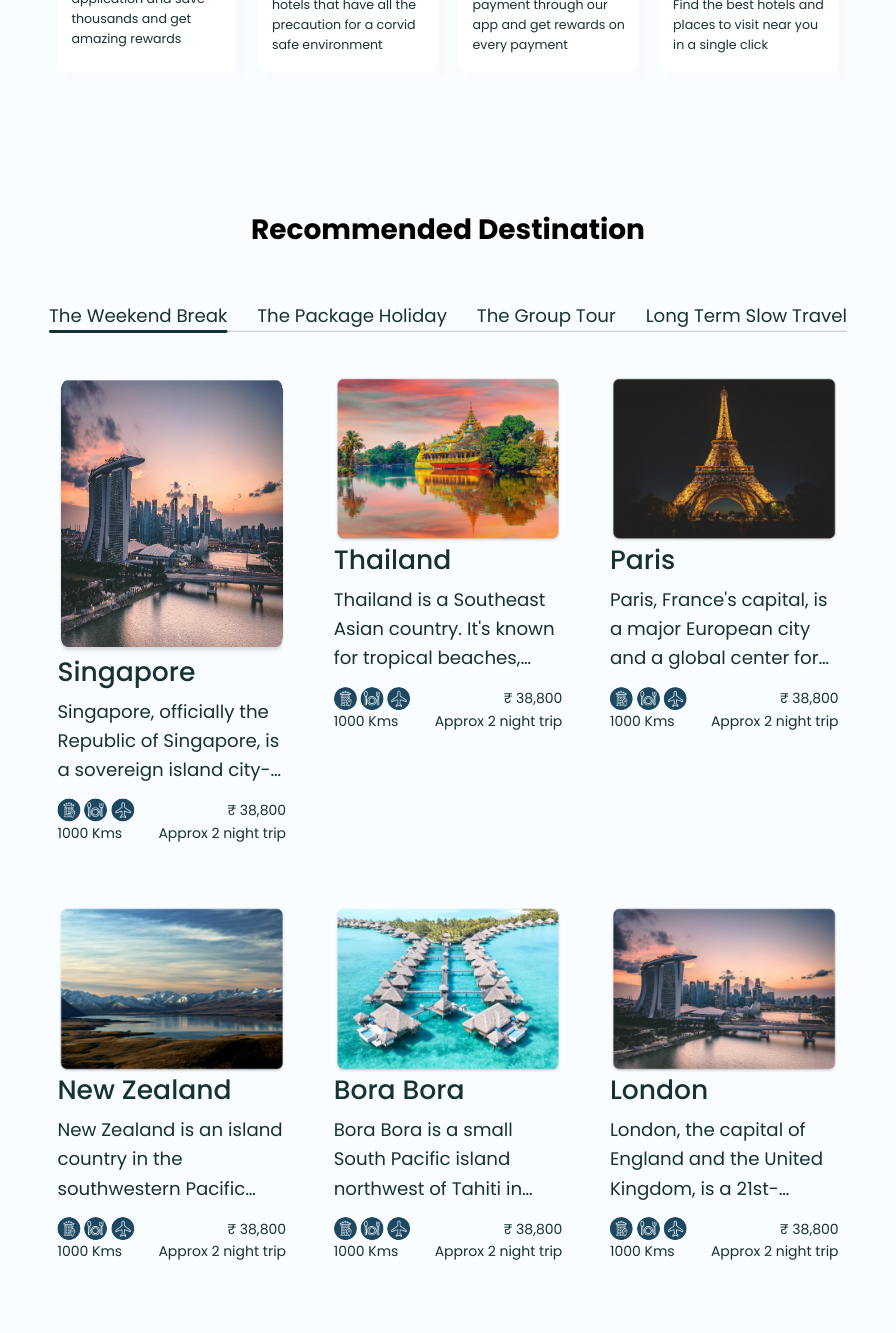
Repository: kuluong2000/travel
Page: index.html
The author's editor kept a copy of each file at every save. The page is drawn from the files as they stood at one save, then again after the next save.
The browser window is 1280 px wide. The pictures show the part of the page from y = 1001 to 2921 px (the page is 2905 px tall before and 2921 px after), at 70% of full size.
The style sheet was rebuilt from its Sass, Less or Tailwind sources for each picture, by a compiler version that may differ from the author's.

Above is the page before, as saved 2021-09-09 21:39:03.

### index.html
<!DOCTYPE html>
<html lang="en">
  <head>
    <meta charset="UTF-8" />
    <meta http-equiv="X-UA-Compatible" content="IE=edge" />
    <meta name="viewport" content="width=device-width, initial-scale=1.0" />
    <link rel="stylesheet" href="./libs/css/bootstrap.min.css" />
    <link rel="stylesheet" href="./libs/css/animate.css" />
    <link rel="stylesheet" href="./libs/css/slick-theme.css" />
    <link rel="stylesheet" href="./libs/css/slick.css" />
    <link rel="stylesheet" href="./assets/css/reset.css" />
    <link rel="stylesheet" href="./assets/css/style.css" />
    <link rel="stylesheet" href="./assets/css/responsive.css" />
    <title>Document</title>
  </head>
  <body>
    <header class="header">
      <div class="container">
        <div class="row">
          <div class="header__main">
            <div class="header__logo">
              <a href="/">
                <img src="./assets/image/logo.png" alt="" srcset="" />
              </a>
            </div>
            <div class="sub-menu">
              <div class="line1"></div>
              <div class="line2"></div>
              <div class="line3"></div>
            </div>
            <nav>
              <ul class="header__menu">
                <li class="header__menu__item">
                  <a class="header__mennu__item__link" href="/">Home</a>
                </li>
                <li class="header__menu__item">
                  <a class="header__mennu__item__link" href="/">About</a>
                </li>
                <li class="header__menu__item">
                  <a class="header__mennu__item__link" href="/">Places</a>
                </li>
                <li class="header__menu__item">
                  <a class="header__mennu__item__link" href="/">Careers</a>
                </li>
                <li class="header__menu__item">
                  <a class="header__mennu__item__link" href="/">Blog</a>
                </li>
              </ul>
            </nav>
            <a href="#" class="header__conn"> Connection </a>
          </div>
        </div>
      </div>
    </header>
    <main>
      <section class="banner">
        <div class="container">
          <div class="row">
            <div class="banner__main">
              <div class="banner__main__top">
                <h1 class="banner__main__title">Travel To explore</h1>
                <p class="banner__main__desc">Lorem ipsum dolor sit amet consectetur adipisicing elit. Quisquam sapiente quidem, quam perspiciatis ea consequatur qui officiis unde molestias</p>
              </div>
              <div class="banner__main__bottom">
                <div class="banner__main_list">
                  <div class="banner__main__item">
                    <h4 class="banner__main__item__caption">Where You Want to go</h4>
                    <a href="/" class="banner__main__item__desc">
                      <ion-icon name="search-outline" class="banner__main__item__desc--icon"> </ion-icon>
                      <p>Search yourLocation</p>
                    </a>
                  </div>
                  <div class="banner__main__item">
                    <h4 class="banner__main__item__caption">Check-in</h4>
                    <a href="/" class="banner__main__item__desc">Add Date</a>
                  </div>
                  <div class="banner__main__item">
                    <h4 class="banner__main__item__caption">check-out</h4>
                    <a href="/" class="banner__main__item__desc">add Date</a>
                  </div>
                </div>
                <a href="/" class="banner__btn"> explore Now</a>
              </div>
            </div>
          </div>
        </div>
      </section>
      <section class="about">
        <div class="container">
          <div class="row">
            <div class="about__main">
              <div class="about__item">
                <img src="./assets/image/bestPrices.png" alt="" class="about__item--img" />
                <div class="about__item__info">
                  <h4 class="about__item--title">Get Best Prices</h4>
                  <p class="about__item--desc">Pay through our application and save thousands and get amazing rewards</p>
                </div>
              </div>
              <div class="about__item">
                <img src="./assets/image/covidSafe.png" alt="" class="about__item--img" />
                <div class="about__item__info">
                  <h4 class="about__item--title">Covid Safe</h4>
                  <p class="about__item--desc">We have all the curated hotels that have all the precaution for a corvid safe environment</p>
                </div>
              </div>

              <div class="about__item">
                <img src="./assets/image/payment.png" alt="" class="about__item--img" />
                <div class="about__item__info">
                  <h4 class="about__item--title">Flexible Payment</h4>
                  <p class="about__item--desc">Enjoy the flexible payment through our app and get rewards on every payment</p>
                </div>
              </div>
              <div class="about__item">
                <img src="./assets/image/nearYou.png" alt="" class="about__item--img" />
                <div class="about__item__info">
                  <h4 class="about__item--title">Find The Best Near You</h4>
                  <p class="about__item--desc">Find the best hotels and places to visit near you in a single click</p>
                </div>
              </div>
            </div>
          </div>
        </div>
      </section>
      <section class="destination">
        <div class="container">
          <div class="row">
            <h2 class="destination__title">Recommended Destination</h2>
            <div class="destination__menu">
              <ul class="nav nav-pills d-flex justify-content-between" id="pills-tab" role="tablist">
                <li class="nav-item destination__menu__item" role="presentation">
                  <button class="nav-link destination__menu__link active" id="pills-home-tab" data-bs-toggle="pill" data-bs-target="#pills-home" type="button" role="tab" aria-controls="pills-home" aria-selected="true">The Weekend Break</button>
                </li>
                <li class="nav-item destination__menu__item" role="presentation">
                  <button class="nav-link destination__menu__link" id="pills-profile-tab" data-bs-toggle="pill" data-bs-target="#pills-profile" type="button" role="tab" aria-controls="pills-profile" aria-selected="false">The Package Holiday</button>
                </li>
                <li class="nav-item destination__menu__item" role="presentation">
                  <button class="nav-link destination__menu__link" id="pills-contact-tab" data-bs-toggle="pill" data-bs-target="#pills-contact" type="button" role="tab" aria-controls="pills-contact" aria-selected="false">The Group Tour</button>
                </li>
                <li class="nav-item destination__menu__item" role="presentation">
                  <button class="nav-link destination__menu__link" id="pills-contact-tab" data-bs-toggle="pill" data-bs-target="#pills-contact" type="button" role="tab" aria-controls="pills-contact" aria-selected="false">
                    Long Term Slow Travel
                  </button>
                </li>
              </ul>
            </div>
            <div class="tab-content" id="pills-tabContent">
              <div class="tab-pane fade show active" id="pills-home" role="tabpanel" aria-labelledby="pills-home-tab">
                <div class="destination__cards">
                  <div class="destination__card">
                    <img src="./assets/image/Singapore.png" alt="" class="destination__card__img" />
                    <div class="destination__card__content">
                      <div class="destination__card__top">
                        <h4 class="destination__card__top__name">Singapore</h4>
                        <p class="destination__card__top__desc">Singapore, officially the Republic of Singapore, is a sovereign island city-state in maritime Southeast Asia.</p>
                      </div>
                      <div class="destination__card__bottom">
                        <div class="destination__card__bottom__service">
                          <div class="destination__card__bottom__service__img">
                            <img src="./assets/image/destination_icon1.png" alt="" />
                            <img src="./assets/image/destination_icon2.png" alt="" />
                            <img src="./assets/image/destination_icon3.png" alt="" />
                          </div>
                          <p class="destination__card__bottom__service__price"><span>₹ </span> 38,800</p>
                        </div>
                        <div class="destination__card__bottom__info">
                          <p>1000 <span>Kms</span></p>
                          <p>Approx 2 night trip</p>
                        </div>
                      </div>
                    </div>
                  </div>
                  <div class="destination__card">
                    <img src="./assets/image/Thailand.png" alt="" class="destination__img" />
                    <div class="destination__card__content">
                      <div class="destination__card__top">
                        <h4 class="destination__card__top__name">Thailand</h4>
                        <p class="destination__card__top__desc">Thailand is a Southeast Asian country. It's known for tropical beaches, opulent royal palaces.</p>
                      </div>
                      <div class="destination__card__bottom">
                        <div class="destination__card__bottom__service">
                          <div class="destination__card__bottom__service__img">
                            <img src="./assets/image/destination_icon1.png" alt="" />
                            <img src="./assets/image/destination_icon2.png" alt="" />
                            <img src="./assets/image/destination_icon3.png" alt="" />
                          </div>
                          <p class="destination__card__bottom__service__price"><span>₹ </span> 38,800</p>
                        </div>
                        <div class="destination__card__bottom__info">
                          <p>1000 <span>Kms</span></p>
                          <p>Approx 2 night trip</p>
                        </div>
                      </div>
                    </div>
                  </div>
                  <div class="destination__card">
                    <img src="./assets/image/Paris.png" alt="" class="destination__img" />
                    <div class="destination__card__content">
                      <div class="destination__card__top">
                        <h4 class="destination__card__top__name">Paris</h4>
                        <p class="destination__card__top__desc">Paris, France's capital, is a major European city and a global center for art, fashion, gastronomy and culture.</p>
                      </div>
                      <div class="destination__card__bottom">
                        <div class="destination__card__bottom__service">
                          <div class="destination__card__bottom__service__img">
                            <img src="./assets/image/destination_icon1.png" alt="" />
                            <img src="./assets/image/destination_icon2.png" alt="" />
                            <img src="./assets/image/destination_icon3.png" alt="" />
                          </div>
                          <p class="destination__card__bottom__service__price"><span>₹ </span> 38,800</p>
                        </div>
                        <div class="destination__card__bottom__info">
                          <p>1000 <span>Kms</span></p>
                          <p>Approx 2 night trip</p>
                        </div>
                      </div>
                    </div>
                  </div>
                  <div class="destination__card">
                    <img src="./assets/image/New Zealand.png" alt="" class="destination__img" />
                    <div class="destination__card__content">
                      <div class="destination__card__top">
                        <h4 class="destination__card__top__name">New Zealand</h4>
                        <p class="destination__card__top__desc">New Zealand is an island country in the southwestern Pacific Ocean. It consists of two main landmasses.</p>
                      </div>
                      <div class="destination__card__bottom">
                        <div class="destination__card__bottom__service">
                          <div class="destination__card__bottom__service__img">
                            <img src="./assets/image/destination_icon1.png" alt="" />
                            <img src="./assets/image/destination_icon2.png" alt="" />
                            <img src="./assets/image/destination_icon3.png" alt="" />
                          </div>
                          <p class="destination__card__bottom__service__price"><span>₹ </span> 38,800</p>
                        </div>
                        <div class="destination__card__bottom__info">
                          <p>1000 <span>Kms</span></p>
                          <p>Approx 2 night trip</p>
                        </div>
                      </div>
                    </div>
                  </div>
                  <div class="destination__card">
                    <img src="./assets/image/Bora Bora.png" alt="" class="destination__img" />
                    <div class="destination__card__content">
                      <div class="destination__card__top">
                        <h4 class="destination__card__top__name">Bora Bora</h4>
                        <p class="destination__card__top__desc">Bora Bora is a small South Pacific island northwest of Tahiti in French Polynesia. Surrounded by sand.</p>
                      </div>
                      <div class="destination__card__bottom">
                        <div class="destination__card__bottom__service">
                          <div class="destination__card__bottom__service__img">
                            <img src="./assets/image/destination_icon1.png" alt="" />
                            <img src="./assets/image/destination_icon2.png" alt="" />
                            <img src="./assets/image/destination_icon3.png" alt="" />
                          </div>
                          <p class="destination__card__bottom__service__price"><span>₹ </span> 38,800</p>
                        </div>
                        <div class="destination__card__bottom__info">
                          <p>1000 <span>Kms</span></p>
                          <p>Approx 2 night trip</p>
                        </div>
                      </div>
                    </div>
                  </div>
                  <div class="destination__card">
                    <img src="./assets/image/London.png" alt="" class="destination__img" />
                    <div class="destination__card__content">
                      <div class="destination__card__top">
                        <h4 class="destination__card__top__name">London</h4>
                        <p class="destination__card__top__desc">London, the capital of England and the United Kingdom, is a 21st-century city with history stretching.</p>
                      </div>
                      <div class="destination__card__bottom">
                        <div class="destination__card__bottom__service">
                          <div class="destination__card__bottom__service__img">
                            <img src="./assets/image/destination_icon1.png" alt="" />
                            <img src="./assets/image/destination_icon2.png" alt="" />
                            <img src="./assets/image/destination_icon3.png" alt="" />
                          </div>
                          <p class="destination__card__bottom__service__price"><span>₹ </span> 38,800</p>
                        </div>
                        <div class="destination__card__bottom__info">
                          <p>1000 <span>Kms</span></p>
                          <p>Approx 2 night trip</p>
                        </div>
                      </div>
                    </div>
                  </div>
                </div>
              </div>
              <div class="tab-pane fade" id="pills-profile" role="tabpanel" aria-labelledby="pills-profile-tab">...</div>
              <div class="tab-pane fade" id="pills-contact" role="tabpanel" aria-labelledby="pills-contact-tab">...</div>
            </div>
          </div>
        </div>
      </section>
    </main>

    <script src="./libs/Js/jquery-3.5.1.slim.min.js"></script>
    <script type="module" src="https://unpkg.com/ionicons@5.5.2/dist/ionicons/ionicons.esm.js"></script>
    <script nomodule src="https://unpkg.com/ionicons@5.5.2/dist/ionicons/ionicons.js"></script>
    <script src="./libs/Js/bootstrap.min.js"></script>
    <script src="./libs/Js/slick.min.js"></script>
    <script src="./libs/Js/wow.js"></script>
    <script src="./assets/Js/main.js"></script>
  </body>
</html>

### assets/css/reset.css
html, body, div, span, applet, object, iframe,
h1, h2, h3, h4, h5, h6, p, blockquote, pre,
a, abbr, acronym, address, big, cite, code,
del, dfn, em, img, ins, kbd, q, s, samp,
small, strike, strong, sub, sup, tt, var,
b, u, i, center,
dl, dt, dd, ol, ul, li,
fieldset, form, label, legend,
table, caption, tbody, tfoot, thead, tr, th, td,
article, aside, canvas, details, embed,
figure, figcaption, footer, header, hgroup,
menu, nav, output, ruby, section, summary,
time, mark, audio, video {
	margin: 0;
	padding: 0;
	border: 0;
	font-size: 100%;
	vertical-align: baseline;
}
/* HTML5 display-role reset for older browsers */
article, aside, details, figcaption, figure,
footer, header, hgroup, menu, nav, section {
	display: block;
}
* {
	box-sizing: border-box;
}
body {
	line-height: 1;
  font-family: 'Muli', sans-serif;


  font-style: normal;
  font-weight: normal;
  font-size: 16px;
  line-height: 32px;
}
ol, ul {
	list-style: none;
}
blockquote, q {
	quotes: none;
}
blockquote:before, blockquote:after,
q:before, q:after {
	content: '';
	content: none;
}
table {
	border-collapse: collapse;
	border-spacing: 0;
}

img {
  max-width: 100%;
	vertical-align: bottom;
}
a {
	outline: none;
}

### assets/sass/style.scss
@import "global";
@import "variable";
@import "header";
@import "banner";
@import "about";
@import "destination";

### assets/sass/_global.scss
@import url('https://fonts.googleapis.com/css2?family=Montserrat:wght@300;400;500;600;700;800;900&family=Poppins:wght@300;400;500;600;700;800;900&display=swap');
*{
    padding: 0;
    margin: 0;
    box-sizing: border-box;
}
body{
    font-family: 'Poppins', sans-serif;
    line-height: 1.6;
    font-size: 20px;
    // background-color: rgb(247,248,252);
    background-color: #FAFDFF;
    color: #163235;
}

### assets/sass/_variable.scss
$color-white:#FFFFFF;
$color-dark-blue:#1C4961;

$color-blue:#4468E2;
$color-light-blue:#E1E8F8;
$color-black:#000000;
$color-text:#163235;
$color-gray:#848484

### assets/sass/_about.scss
.about {
    padding: 178px 0;
  &__main{
    display: grid;
    grid-template-columns: repeat(4,1fr);
    grid-column-gap: 100px;
}
  &__item{

    background-color:$color-white;
    border-radius: 15px;
    box-shadow: 10px 10px 5px 0px rgba(247,248,252,0.75);

    display: flex;
    flex-direction: column;
    &:first-child{
        padding: 29px 68px 21px 26px;
    }
    &:nth-child(2){
         padding: 29px 58px 25px 26px;
    }
    &:nth-child(3){
         padding: 29px 14px 51px 31px;
    }
    &:last-child{
        padding: 29px 33px 51px 24px;
    }


}
  &__item__info{
      margin-top: 10px;
    display: flex ;
    flex-direction: column;
    flex: 1;

  }
  &__item--img{
    width: 103px;
    height: 97px;

}
  &__item--title{
    font-size: 24px;
    margin-bottom: 20px;
}
  &__item--desc{
    font-size: 18px;
}
}

### assets/sass/_destination.scss
.destination{
    padding: 100px 0;
    &__title{
        font-size: 40px;
        font-weight: bold;
        color: $color-black;
        margin-bottom:79px;
        text-align: center;
    }
    &__menu{
        width: 1200px;
        margin: 0 auto;
        padding: 0;
        border-bottom:  1px solid #A7A7A7;
        &__item{

        }
        &__link{
            color: $color-text;
            font-size: 26px;
            position: relative;
            padding:0;
            &::before{
                content: '';
                position: absolute;
                bottom: -3px;
                left: 0;
                width: 100%;
                height: 4px ;
                border-radius: 50px;
                transform: scale(0);
                background-color: $color-text;
                transition: transform 0.5s ease-in-out;
            }
            &.active::before{
                transform: scale(1);
            }
        }
        &__link.active{
            background-color: transparent !important;
            color: $color-text !important;
        }
        &__link:hover{
            color: unset;
        }

    }

    &__cards{
        display: grid;
        grid-template-columns: repeat(3, 1fr);
        grid-gap: 90px 68px;
        margin-top: 65px;
    }
    &__card{

    }
    &__card__img{
        width: 552px;
        height: 398px;
    }
    &__card__content{

    }
    &__card__top{

    }
    &__card__top__name{
        font-size: 38px;
        color: $color-text;
        margin-bottom: 14px;
    }
    &__card__top__desc{
        display: -webkit-box;
        -webkit-line-clamp: 3;
        -webkit-box-orient: vertical;
        word-break: break-word;
        overflow: hidden;
        margin-bottom: 20px;
        font-size: 26px;
        color: $color-text;
    }
    &__card__bottom{

    }
    &__card__bottom__service{
        display:flex;
        justify-content: space-between;
        align-items: center;
    }
    &__card__bottom__service__img{
        img{
            width: 33px;
            height: 33px;
            border-radius: 100%;
        }
    }
    &__card__bottom__service__price{

    }
    &__card__bottom__info{
        display:flex;
        justify-content: space-between;
        align-items: center;
    }

}

Loaded but not shown: libs/css/bootstrap.min.css (library); libs/css/animate.css (library); libs/css/slick-theme.css (library); libs/css/slick.css (common file); libs/Js/jquery-3.5.1.slim.min.js (library); libs/Js/bootstrap.min.js (library); libs/Js/slick.min.js (library); libs/Js/wow.js (library); assets/Js/main.js (6 lines, source omitted); assets/css/responsive.css (211 lines, source omitted); assets/sass/_header.scss (84 lines, source omitted); assets/sass/_banner.scss (84 lines, source omitted)

After the next save:
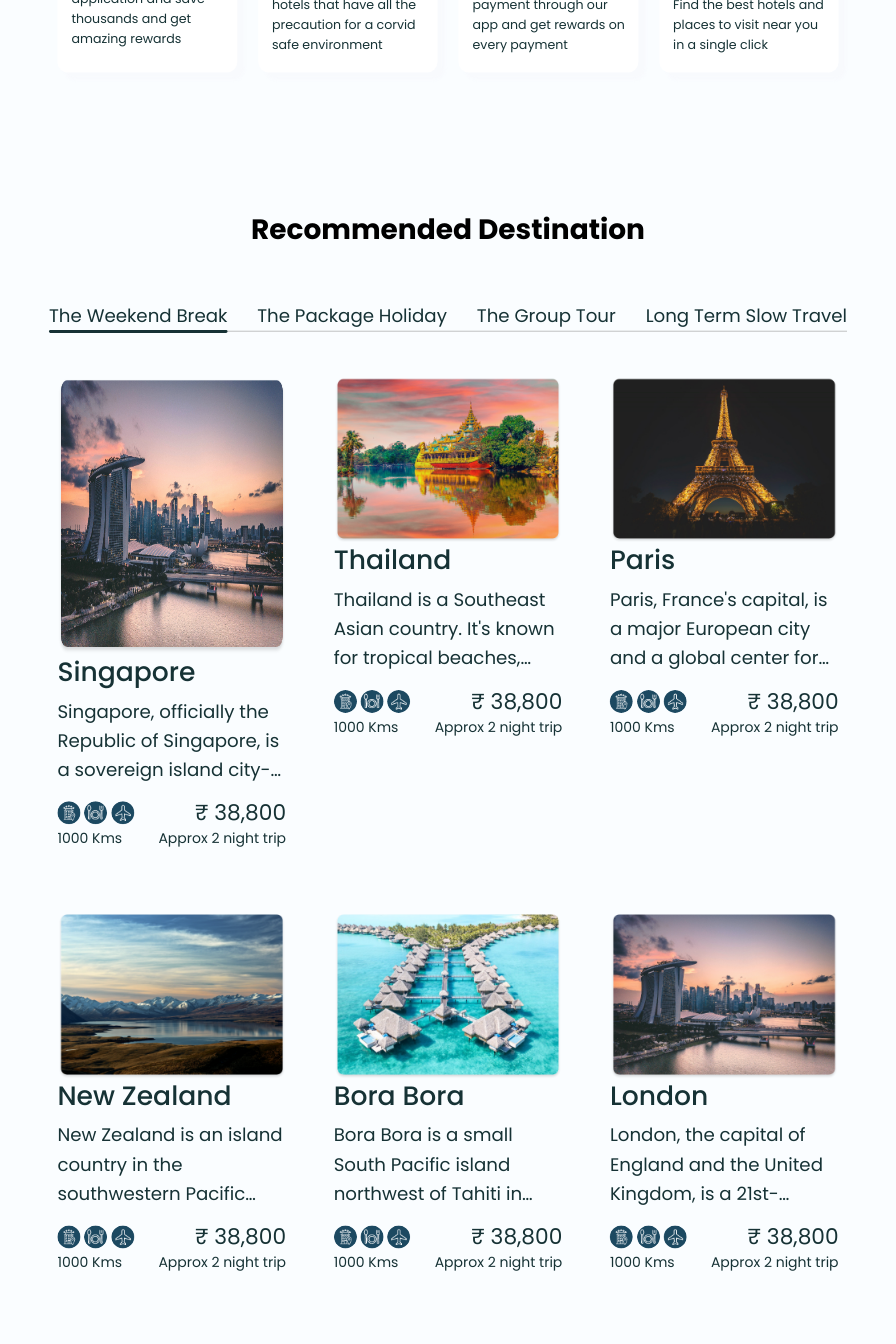
Saved 33 s later.
--- a/assets/sass/_destination.scss
+++ b/assets/sass/_destination.scss
@@ -96,7 +96,8 @@
         }
     }
     &__card__bottom__service__price{
-
+        font-size: 31px;
+        line-height: 41px;
     }
     &__card__bottom__info{
         display:flex;
